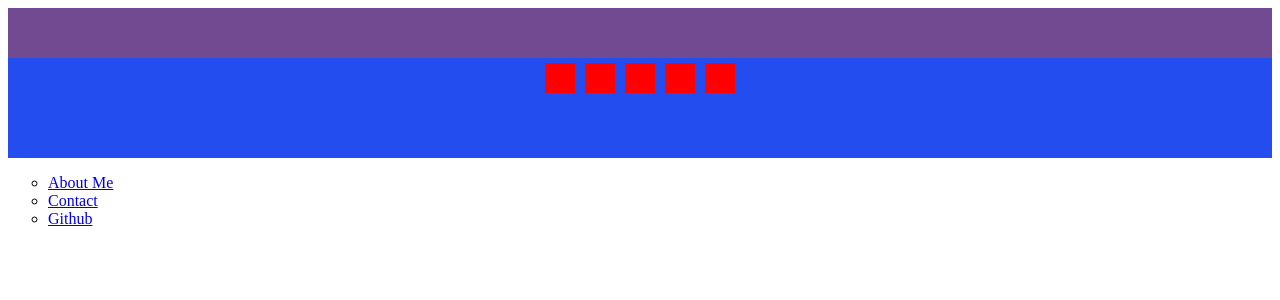
Repository: Mohzagou/Eersteportofolio
Page: index.html
The author's editor kept a copy of each file at every save. The page is drawn from the files as they stood at one save, then again after the next save.
The browser window is 1280 px wide. The pictures show the whole page.

Above is the page before, as saved 2022-06-07 20:08:00.

After the next save:
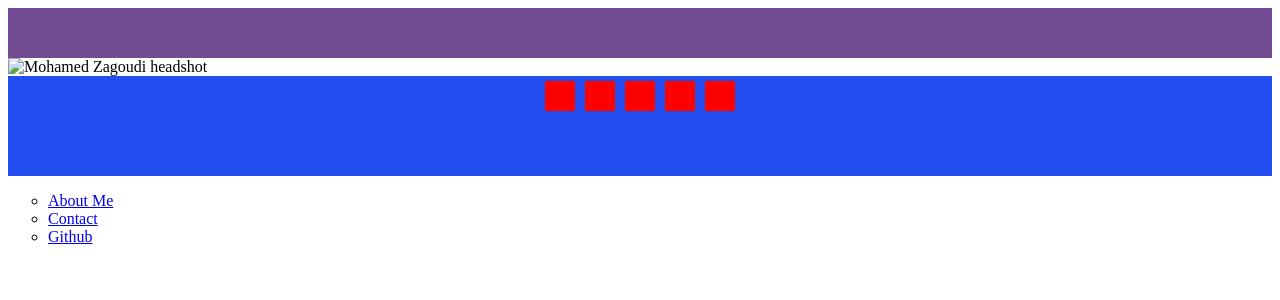
Saved 43 s later.
--- a/index.html
+++ b/index.html
@@ -11,7 +11,7 @@
 <body>
 
     <header></header>
-    <img src="" alt="">
+    <img src="" alt="Mohamed Zagoudi headshot">
 
 
     <section>
